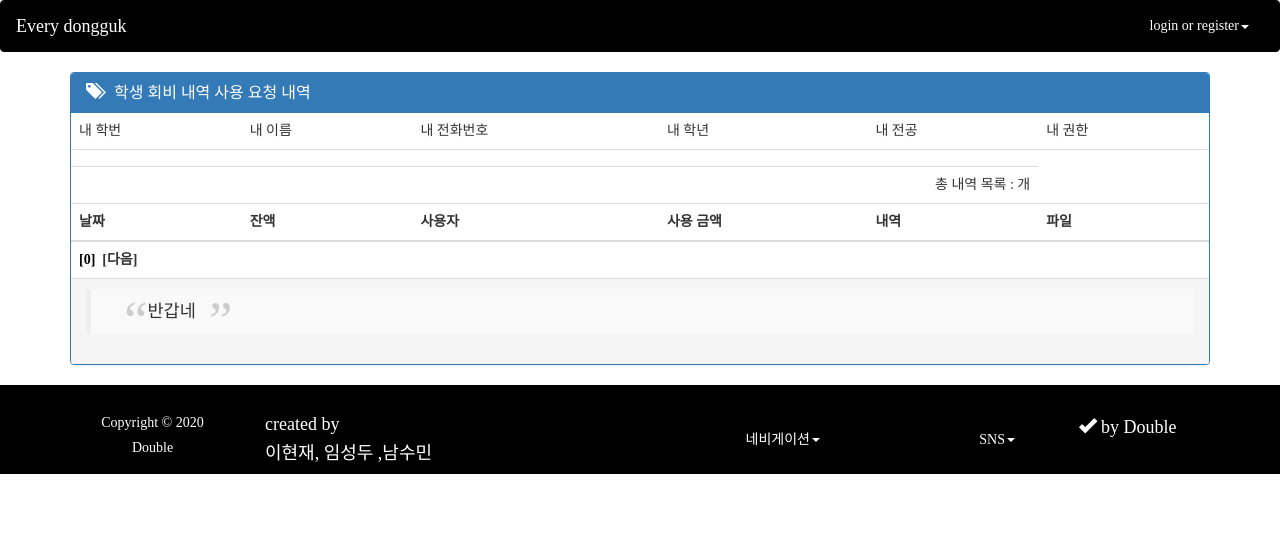
Repository: CSID-DGU/2020-1-ESCD-DOUBLE
Page: http://localhost/web/WEB-INF/views/register/mypage.jsp
The author's editor kept a copy of each file at every save. The page is drawn from the files as they stood at one save, then again after the next save.
The browser window is 1280 px wide. The pictures show the whole page.
Some web fonts or font styles are not loaded; a fallback is used. Some web libraries are served in a nearby version. The page is served by Tomcat 9. Nobody is signed in. Other server files are loaded and not shown. The template is opened directly, without the code that normally fills it, so the values that code supplies are empty.

Above is the page before, as saved 2020-05-08 13:52:59.

### web/src/main/webapp/WEB-INF/views/register/mypage.jsp
<%@ page language="java" contentType="text/html; charset=EUC-KR"
    pageEncoding="EUC-KR"%>

<%@ taglib prefix="c" uri="http://java.sun.com/jsp/jstl/core"%>
<!DOCTYPE html>
<html>
<head>
<link rel="stylesheet" href="resources/css/bootstrap.css">
<link rel="stylesheet" href="resources/css/customize.css">
<script src="https://code.jquery.com/jquery-3.1.1.min.js"></script>
<script src="resources/js/bootstrap.js"></script>

<meta charset="EUC-KR">
<title>Insert title here</title>
</head>
<body>

<style>

blockquote{
background:#f9f9f9;
border-left:10px solid #cccccc;
margin: 1.5em 10px;
padding: 0.5em 10px;
quotes: "\201C""\201D""\2018""\2019"
}
blockquote:before{
color:#cccccc;
content:open-quote;
font-size:3em;
line-height:0.1em;
margin-left:0.25em;
vertical-align:-0.4em;
}
blockquote:after{
color:#cccccc;
content:close-quote;
font-size:3em;
line-height:0.1em;
margin-left:0.25em;
vertical-align:-0.4em;
}


</style>

<%@include file="../template/header.jsp"%>

<div class="container">
	<div class="row">
		<div class="col-xs-12">
		<div class="panel panel-primary">
		<div class="panel-heading">
			<h3 class="panel-title">
				<span class="glyphicon glyphicon-tags"></span>
				&nbsp;&nbsp;학생 회비 내역 사용 요청 내역
			</h3>
		</div>

		<table class="table">
			<thead>
			<tr><td>내 학번</td><td>내 이름</td>	<td>내 전화번호</td>	<td>내 학년</td>	<td>내 전공</td>	<td>내 권한</td></tr>
			<tr>	<td>${Sid }</td><td>${Sname }</td>	<td>${Snum }</td>	<td>${Sgrade }</td>	<td>${Smajor }</td>	<td>${Siscouncil }</td></tr>
			  <tr>
  				<td colspan="5" align="right"> 총 내역 목록 : <b>${totalCount }</b>개
  			</tr>
			<tr>
			<th>날짜</th>	<th>잔액</th>	<th>사용자</th>	<th>사용 금액</th><th>내역</th><th>파일</th>
			</tr>
			</thead>
			<tbody>
		<c:if test="${Siscouncil>1}">
	  <c:if test="${!empty bl }">

   <c:forEach var= "list" items="${bl }">

    <form name="uploadForm" method="post" action="purchase_ok" enctype="multipart/form-data">
   <tr>
    <th>${list.getBdate() }</th><input type="hidden" value="${list.getBdate()}" name="Bdate">
    <th>${list.getBrest() }</th><input type="hidden" value="${list.getBrest()}" name="Brest">
    <th>${list.getBuser() }</th><input type="hidden" value="${list.getBuser()}" name="Buser">
    <th>${list.getBinout() }</th><input type="hidden" value="${list.getBinout()}" name="Binout">
    <th>${list.getBmemo() }</th><input type="hidden" value="${list.getBmemo()}" name="Bmemo">
    <th>${list.getFname() }</th>
    <th>
    <input type="file" name="imgFile">


  </th>
    <th><input type="password" name="Bpw"></th>
    <th><input type="submit" value="승인"></th><th><button onclick="location=''">기각</button></th>
  </tr>  </form></c:forEach>
</c:if>

    <c:if test="${empty bl }">
  <tr>
   <th colspan="5">게시판 목록이 없습니다!</th></tr></c:if>
			</tbody>
</c:if>

	<center><tr>
   		<th colspan="5">
   			<c:if test="${page<=1 }">
   				[이전]&nbsp;
   			</c:if>
   			<c:if test="${page>1 }">
   				<a href="/web/blistall?page=${page-1 }">[이전]</a>&nbsp;
   			</c:if>

   			<%--현재쪽 번호 출력 --%>
   			<c:forEach var="a" begin="${startpage }" end="${endpage }" step="1">
   				<c:if test="${a==page }"><%--현재 쪽번호가 선택된 경우는 링크 없어도됨 --%>
   					 <${a }>
   				</c:if>
   				<c:if test="${a!=page}">
   					<a href="/web/blistall?page=${a }">[${a }]</a>&nbsp;

   				</c:if>
   			</c:forEach>
   			<c:if test="${page>=endpage }"><!-- maxpage =>endpage로바꾸면..? -->
   			[다음]
   			</c:if>
   			<c:if test="${page<endpage }">
   			<a href="/web/blistall?page=${page+1 }">[다음]</a>
   			</c:if>

   		</th>
   </tr></center>
		</table>
			<div class="panel-footer">
					<blockquote>반갑네</blockquote>
			</div>

		</div></div>
	</div>
</div>







<%@include file="../template/footer.jsp"%>

</body>
</html>

### web/src/main/webapp/WEB-INF/views/template/header.jsp
<%@ page language="java" contentType="text/html; charset=EUC-KR"
    pageEncoding="EUC-KR"%>
<!DOCTYPE html>
<html>
<head>
<meta charset="EUC-KR">
<title>Insert title here</title>
<link rel="stylesheet" href="resources/css/bootstrap.css">
<link rel="stylesheet" href="resources/css/customize.css">
</head>
<body>
<script src="https://code.jquery.com/jquery-3.1.1.min.js"></script>
<script src="resources/js/bootstrap.js"></script>
<%@taglib prefix= "c" uri= "http://java.sun.com/jsp/jstl/core" %>
<nav class="navbar navbar-default">
	<div class="container-fluid">

		<div class="navbar-header">
			<button type="button" class="navbar-toggle collapsed" data-toggle="collapse"
			data-target="#bs-example-navbar-collapse-1" aria-expanded="false"><!-- 크기를 줄였을때 나타나는 버튼 -->
				<span class="sr-only"></span>
				<span class="icon-bar"></span>
				<span class="icon-bar"></span>
				<span class="icon-bar"></span>
			</button>
			<a class="navbar-brand" href="index">Every dongguk</a>
		</div>

		<div class="collapse navbar-collapse" id="bs-example-navbar-collapse-1"><!-- 네비 중간 대부분을 차지함 -->

			<ul class="nav navbar-nav navbar-right">
				<li class="dropdown">
					<a href="#" class="dropdown-toggle" data-toggle="dropdown" role="button"
					aria-haspopup="true" aria-expanded="false"><c:if test="${empty Sid }">login or register</c:if><c:if test="${not empty Sid }">${Sid } 님 환영합니다.</c:if><span class="caret"></span></a>
					<ul class="dropdown-menu">

					<c:choose>
					<c:when test="${empty Sid }">
						<li><a href="login_form">로그인</a></li>
						<li><a href="register_form">회원가입</a></li>
					</c:when>
					<c:otherwise>
						<li><a href="logout">로그아웃</a></li>
						<li><a href="mypage">마이페이지(${Sid})</a></li>
						</c:otherwise>
						</c:choose>

					</ul>

				</li>
			</ul>

		</div>
	</div>
</nav>



</body>
</html>

### web/src/main/webapp/WEB-INF/views/template/footer.jsp
<%@ page language="java" contentType="text/html; charset=EUC-KR"
    pageEncoding="EUC-KR"%>
<!DOCTYPE html>
<html>
<head>
<meta charset="EUC-KR">
<title>Insert title here</title>
<link rel="stylesheet" href="resources/css/bootstrap.css">
<link rel="stylesheet" href="resources/css/customize.css">
</head>
<body>
<script src="https://code.jquery.com/jquery-3.1.1.min.js"></script>
<script src="resources/js/bootstrap.js"></script>

<style type="text/css">
#footul ,#footul2{
color:white;}
#footul:hover ,#footul2:hover{

background-color:black;


}
#footul:focus,#footul2:hover{
background-color:black;}

</style>

<footer style="background-color: #000000;color:#ffffff">
	<div class="container">
		<br>
		<div class="row">
			<div class="col-sm-2" style="text-align: center;"><h5>Copyright &copy; 2020</h5><h5>Double </h5></div>
			<div class="col-sm-4"><h4>created by<h4><p>이현재, 임성두 ,남수민</p></div>
			<div class="col-sm-2"><h4 style="text-align:center;"></h4>

						<ul class="nav navbar-nav navbar-right">
				<li class="dropdown">
					<a href="#" class="dropdown-toggle" data-toggle="dropdown" role="button"
					aria-haspopup="true" aria-expanded="false" id="footul">네비게이션<span class="caret"></span></a>
					<ul class="dropdown-menu">
						<li><a href="#">냐옹</a></li>
						<li><a href="#">멍멍</a></li>
					</ul>

				</li>
			</ul>
			</div>
			<div class="col-sm-2"><h4 style="text-align:center;"></h4>



							<ul class="nav navbar-nav navbar-right">
				<li class="dropdown">
					<a href="#" class="dropdown-toggle" data-toggle="dropdown" role="button"
					aria-haspopup="true" aria-expanded="false" id="footul2">SNS<span class="caret"></span></a>
					<ul class="dropdown-menu">
						<li><a href="#">뭔가 개발자 이메일 보내기?</a></li>
						<li><a href="#">뭐 그런거...</a></li>
					</ul>

				</li>
			</ul>

			</div>
			<div class="col-sm-2"><h4 style="text-align:center;"><span class="glyphicon glyphicon-ok"></span>&nbsp;by Double</h4></div>
	</div>


</div>
</footer>


</body>
</html>

### web/src/main/webapp/resources/css/customize.css
@import url(http://fonts.googleapis.com/earlyaccess/nanumgothic.css);
*{font-family:'Nanum Gothic';}
a{
	color:#000000;
	text-decoration:none;
}
a:hover{
	color:#bbbbbb;
	text-decoration:none;
	cursor:pointer;
}
.navbar-default{/*까만색!*/
	background-color:#000000;
	border-color:#000000;
}
.navbar-default .navbar-brand{
	color:#ffffff;/*하얀색!*/
}
.navbar-default .navbar-brand:hover,
.navbar-default .navbar-brand:focus{
	background-color:transparent;
	color:#bbbbbb;
}
.navbar-default .navbar-nav> .active>a,
.navbar-default .navbar-nav> .active>a:hover,
.navbar-default .navbar-nav> .active>a:focus{
	color:white;
	background-color:#000000;
}
.navbar-default .navbar-nav> li>a:hover,
.navbar-default .navbar-nav> li>a:focus{
	color:#bbbbbb;
}
.navbar-default .navbar-nav> .open>a,
.navbar-default .navbar-nav> .open>a:hover,
.navbar-default .navbar-nav> .open>a:focus{
	color:#000000;
	background-color:#ffffff;
	text-decoration:none;
}
.navbar-default .navbar-nav>li>a{
	color:white;
}
@media(max-width:767px){
	.navbar-default .navbar-nav .open .dropdown-menu>li>a{
	color:#ffffff;}
	.navbar-default .navbar-nav .open .dropdown-menu>li>a:hover,
	.navbar-default .navbar-nav .open .dropdown-menu>li>a:focus{
	color:#bbbbbb;}

}

Loaded but not shown: web/src/main/webapp/resources/css/bootstrap.css (library); web/src/main/webapp/resources/js/bootstrap.js (library)

After the next save:
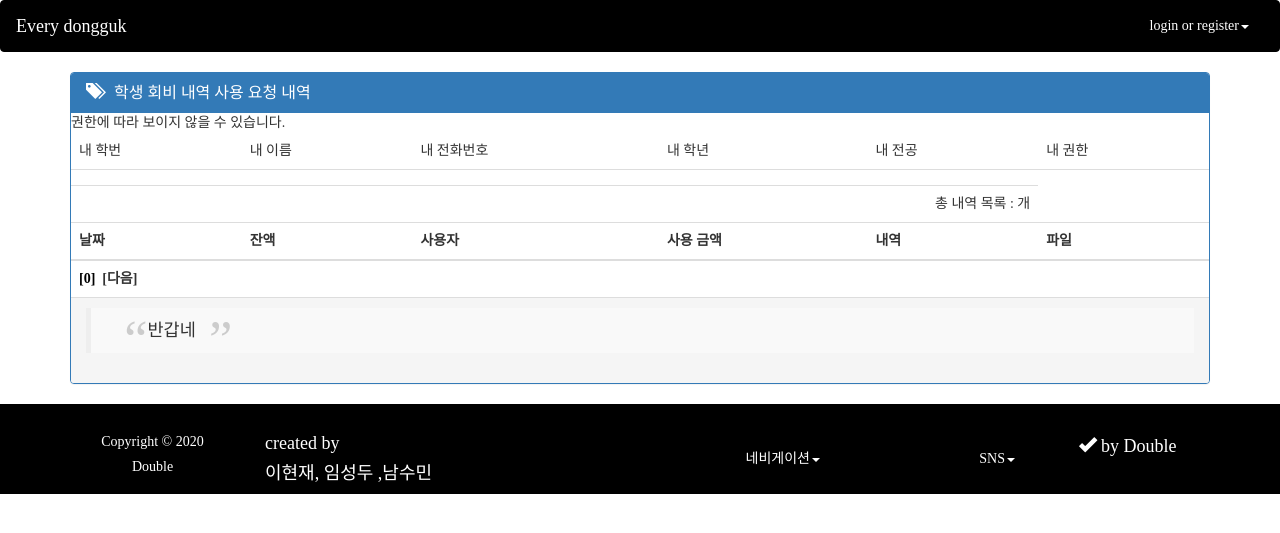
Saved 50 s later.
--- a/web/src/main/webapp/WEB-INF/views/register/mypage.jsp
+++ b/web/src/main/webapp/WEB-INF/views/register/mypage.jsp
@@ -61,6 +61,7 @@ vertical-align:-0.4em;
 			<thead>
 			<tr><td>내 학번</td><td>내 이름</td>	<td>내 전화번호</td>	<td>내 학년</td>	<td>내 전공</td>	<td>내 권한</td></tr>
 			<tr>	<td>${Sid }</td><td>${Sname }</td>	<td>${Snum }</td>	<td>${Sgrade }</td>	<td>${Smajor }</td>	<td>${Siscouncil }</td></tr>
+				<tr>권한에 따라 보이지 않을 수 있습니다.</tr>
 			  <tr>
   				<td colspan="5" align="right"> 총 내역 목록 : <b>${totalCount }</b>개
   			</tr>
